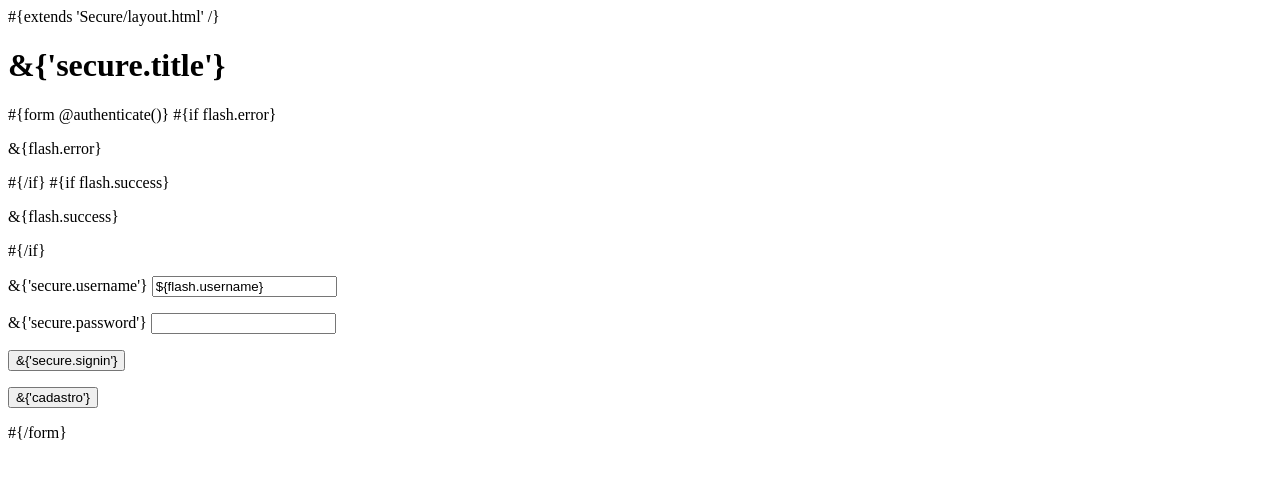
Repository: danilofonte/playframework-tutorial
Page: controleAcesso/app/views/Application/index.html
An editor plug-in stored every save of this project. The page is shown before and after the next save, followed by the edit.
The browser window is 1280 px wide. The pictures show the whole page.

Above is the page before, as saved 2014-02-05 15:31:08.

### controleAcesso/app/views/Application/index.html
#{extends 'Secure/layout.html' /}

<div id="login">

	<h1>&{'secure.title'}</h1>

	#{form @authenticate()}

		#{if flash.error}
			<p class="error">
				&{flash.error}
			</p>
		#{/if}
		#{if flash.success}
			<p class="success">
				&{flash.success}
			</p>
		#{/if}

		<p id="username-field">
			<label for="email">&{'secure.username'}</label>
			<input type="text" name="user.email" id="email" value="${flash.username}" />
		</p>
		<p id="password-field">
			<label for="password">&{'secure.password'}</label>
			<input type="password" name="user.password" id="password" value="" />
		</p>
		<p id="signin-field">
			<input type="submit" id="signin" value="&{'secure.signin'}" />
		</p>
		<p id="signin-field">
			<a href="@{Application.cadastro()}"><input type="button" id="insert" value="&{'cadastro'}"/></a>
		</p>
	#{/form}
</div>

After the next save:
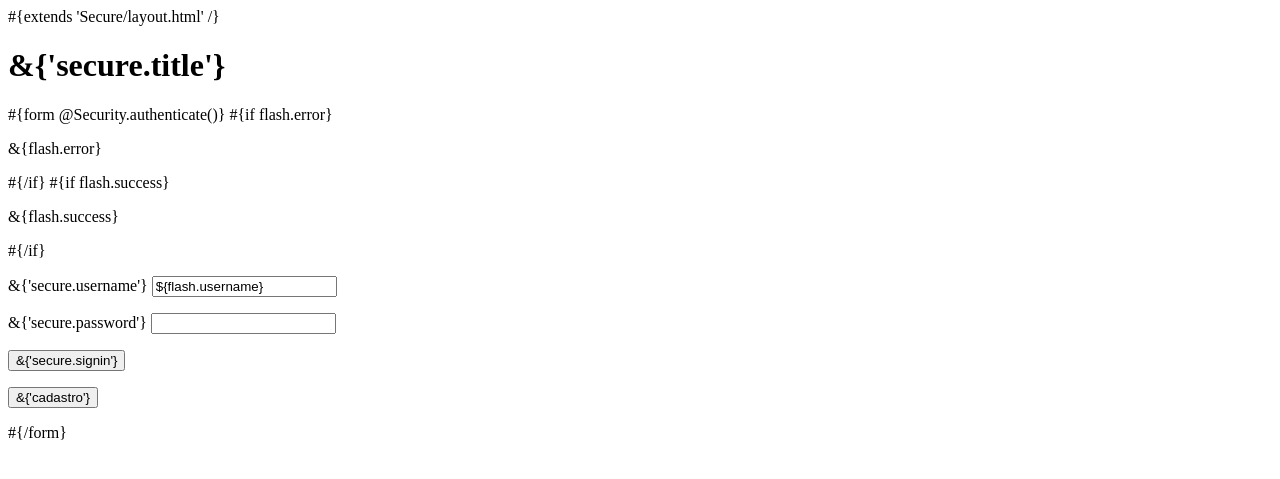
Saved 31 s later.
--- a/controleAcesso/app/views/Application/index.html
+++ b/controleAcesso/app/views/Application/index.html
@@ -4,7 +4,7 @@
 
 	<h1>&{'secure.title'}</h1>
 
-	#{form @authenticate()}
+	#{form @Security.authenticate()}
 
 		#{if flash.error}
 			<p class="error">
